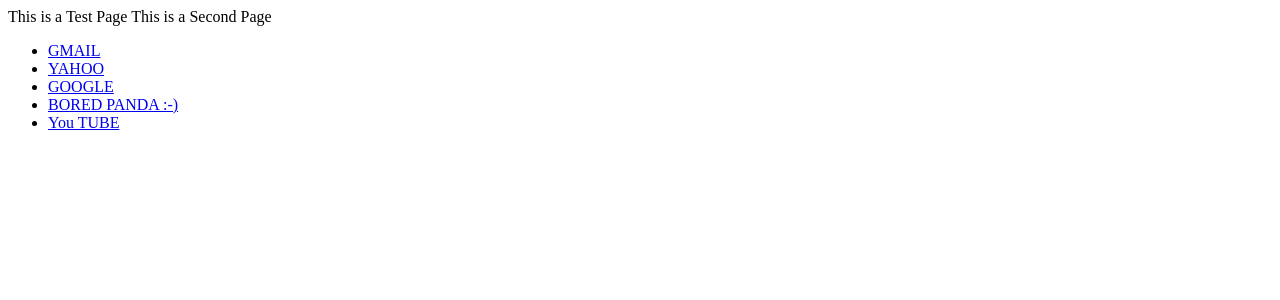
Repository: ShubhankarRaj/JavaCodingPractise
Page: Eclipse Workspace/myProject/src/htmlFiles/First.html
An editor plug-in stored every save of this project. The page is shown before and after the next save, followed by the edit.
The browser window is 1280 px wide. The pictures show the whole page.

Above is the page before, as saved 2014-06-03 05:48:25.

After the next save:
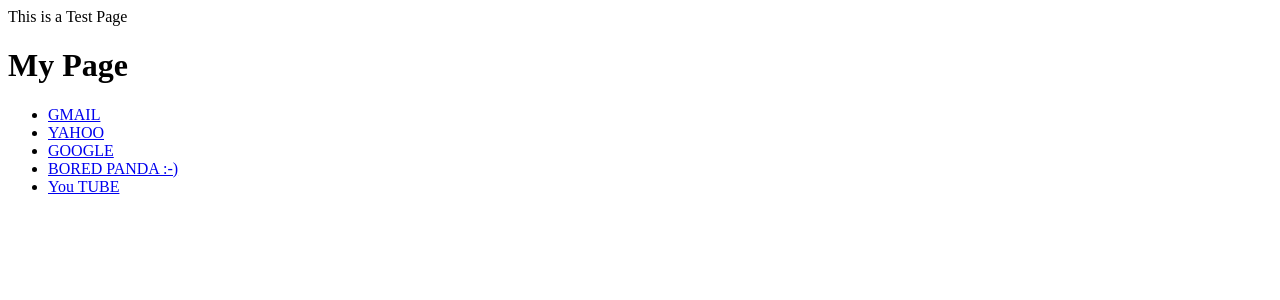
Saved 73 s later.
--- a/Eclipse Workspace/myProject/src/htmlFiles/First.html
+++ b/Eclipse Workspace/myProject/src/htmlFiles/First.html
@@ -6,9 +6,8 @@
 </head>
 <body>
 	This is a Test Page
-
-	This is a Second Page
 	<header>
+	<h1>My Page</h1>
 	<nav>
 		<ul>
 		<li><a href="http://gmail.com">GMAIL</a></li>
